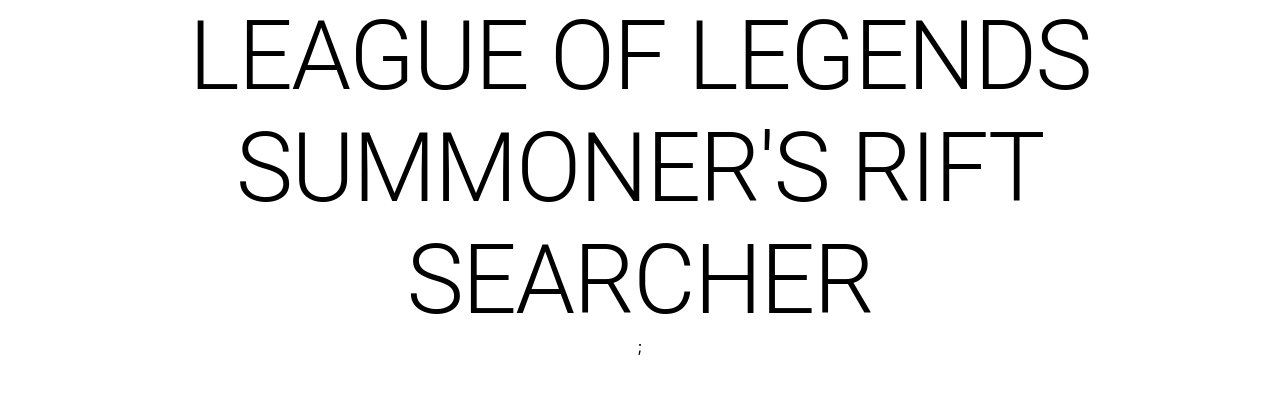
Repository: Mikerr21/League-Of-Legends-API
Page: /
An editor plug-in stored every save of this project. The page is shown before and after the next save, followed by the edit.
The browser window is 1280 px wide. The pictures show the whole page.
The project was rebuilt for these pictures with package versions that can differ from the ones it lists, and the page was loaded fresh each time.

Above is the page before, as saved 2022-09-23 18:35:22.

After the next save:
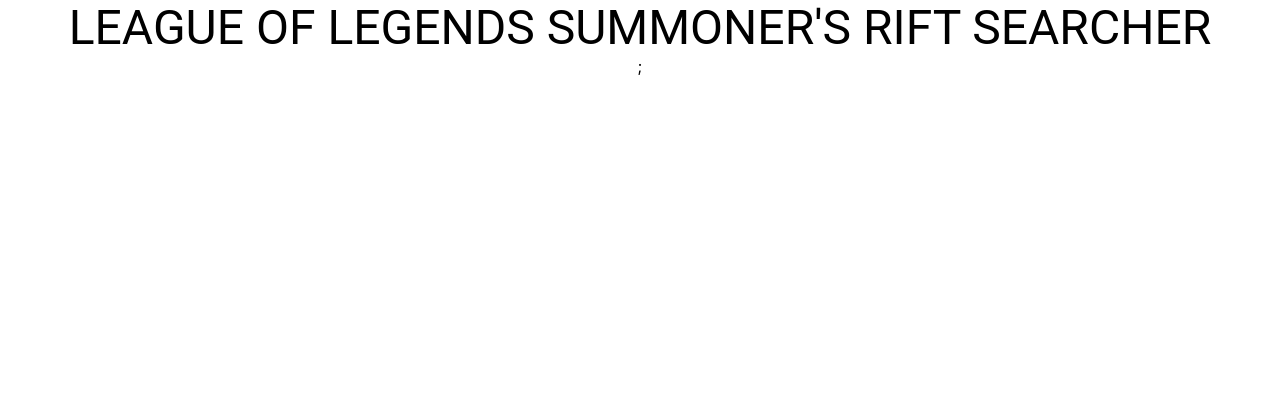
Saved 6 s later.
--- a/src/App.js
+++ b/src/App.js
@@ -8,7 +8,7 @@
 function App() {
   return (
     <div className="App">
-      <Typography variant="h1" component="h2">
+      <Typography variant="h3" component="h2">
   LEAGUE OF LEGENDS SUMMONER'S RIFT SEARCHER
 </Typography>;
     </div>
